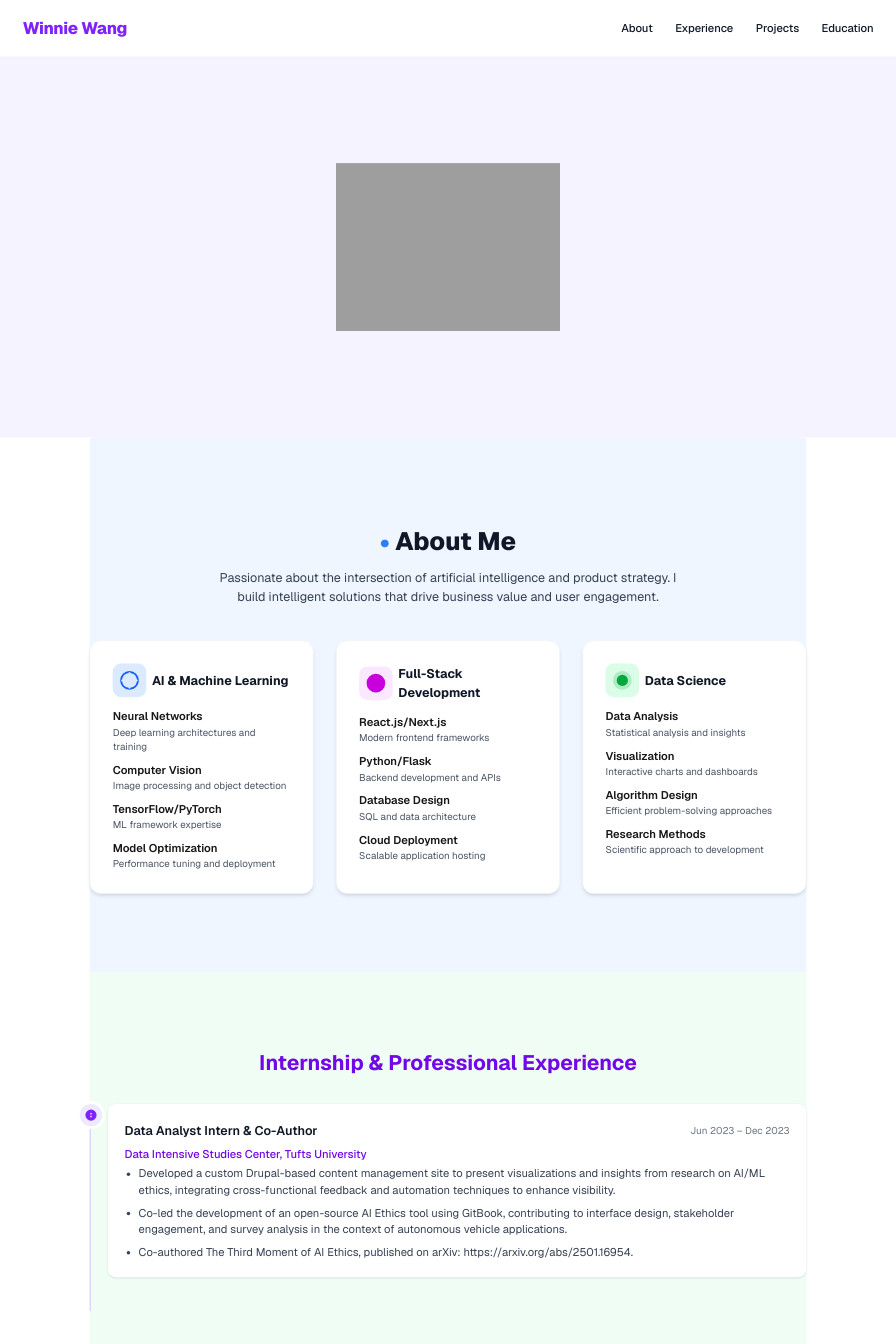
Repository: winniewyl/personal-portfolio
Page: /
These files come from the project's save history. The page is drawn as it stood at one moment and after the next save; the edit follows.
The browser window is 1280 px wide. The pictures show the part of the page from y = 0 to 1920 px (the page is 3765 px tall before and 3941 px after), at 70% of full size.
Pictures or frames that could not be fetched are drawn as grey boxes. The project was rebuilt for these pictures with package versions that can differ from the ones it lists, and the page was loaded fresh each time. The framework's server and built-in components were replaced by stand-ins that run in the browser. Also part of the build but not shown: next.config.ts.

Above is the page before, as saved 2025-07-29 15:16:12.

After the next save:
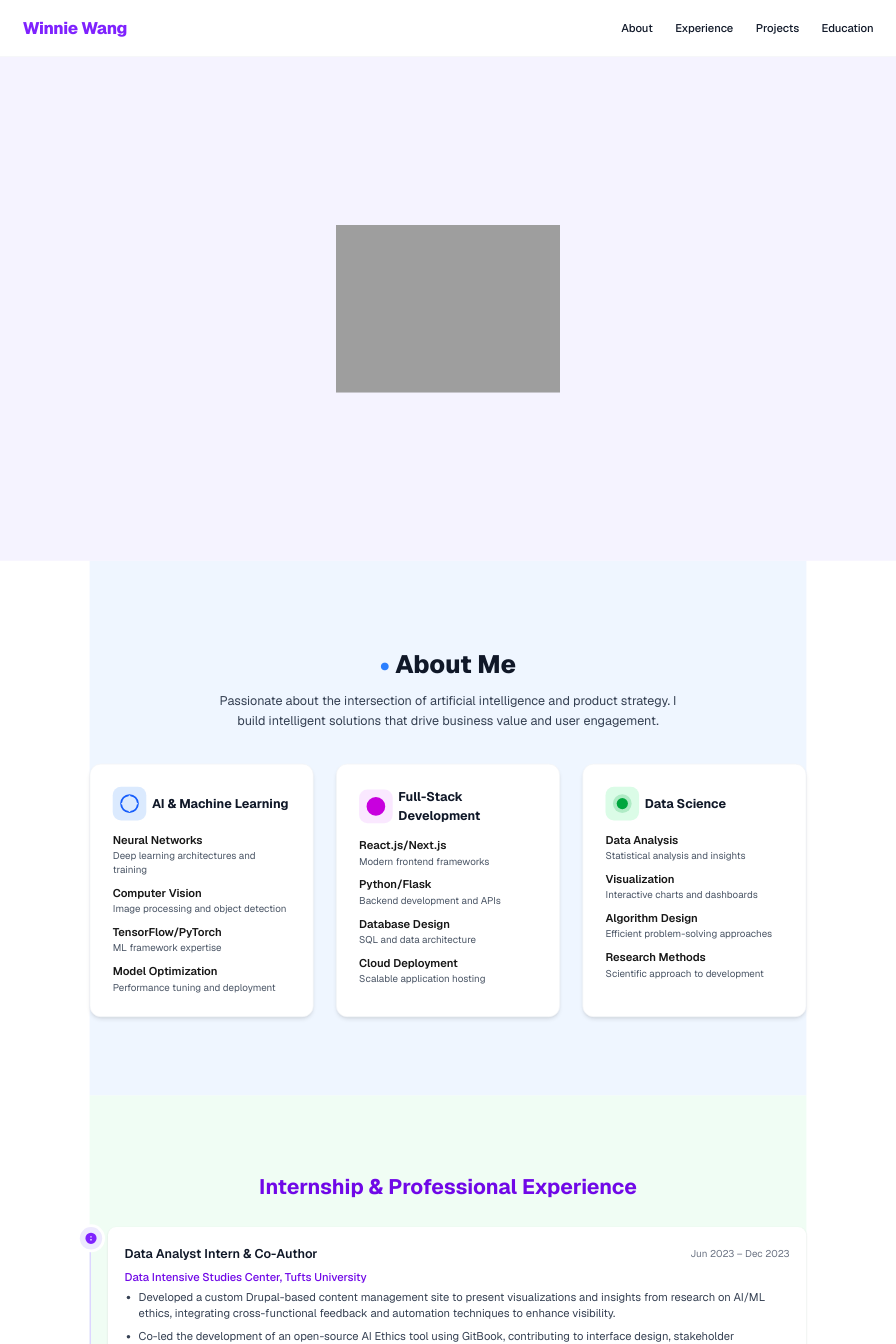
Saved 7 s later.
--- a/src/app/page.tsx
+++ b/src/app/page.tsx
@@ -93,7 +93,7 @@ export default function Home() {
       </nav>
       {/* Main Content */}
       <main className="flex-1 w-full flex flex-col items-center px-4 sm:px-0">
-        <section className="w-full flex flex-col items-center justify-center py-20 sm:py-28 bg-violet-50 dark:bg-violet-900/20 relative">
+        <section className="w-full flex flex-col items-center justify-center py-20 sm:py-28 bg-violet-50 dark:bg-violet-900/20 relative min-h-screen">
           {/* Headshot */}
           <img
             src="/my-headshot.png"
